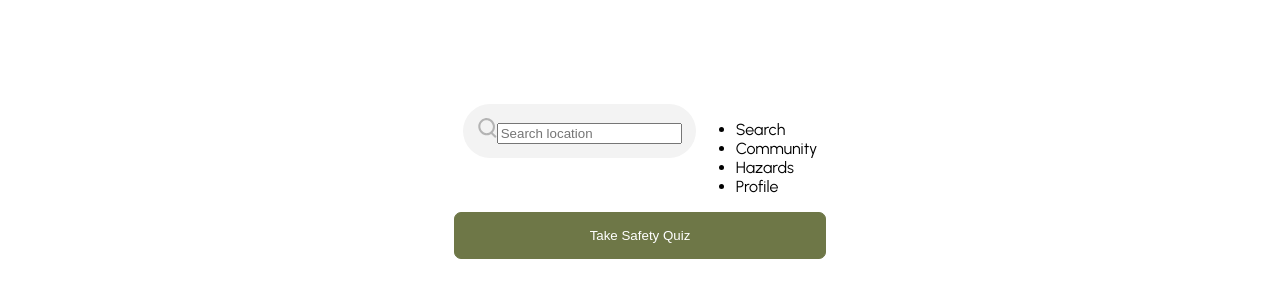
Repository: Aladdin3r/SafeCycle
Page: /
An editor plug-in stored every save of this project. The page is shown before and after the next save, followed by the edit.
The browser window is 1280 px wide. The pictures show the whole page.
The project was rebuilt for these pictures with package versions that can differ from the ones it lists, and the page was loaded fresh each time. The framework's server and built-in components were replaced by stand-ins that run in the browser.

Above is the page before, as saved 2024-04-15 10:52:05.

After the next save:
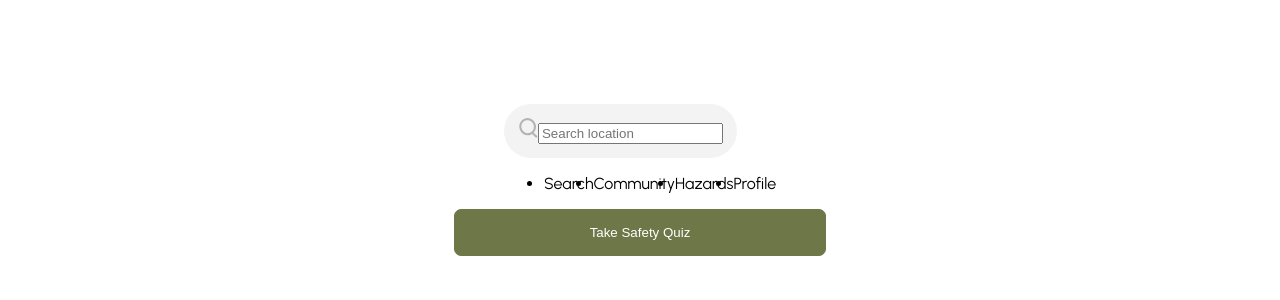
Saved 7 s later.
--- a/components/NavBar/NavBar.module.css
+++ b/components/NavBar/NavBar.module.css
@@ -10,7 +10,7 @@
     display: flex;
 }
 
-.navigation {
+.navigation ul {
     display: flex;
     flex-direction: row;
 }
